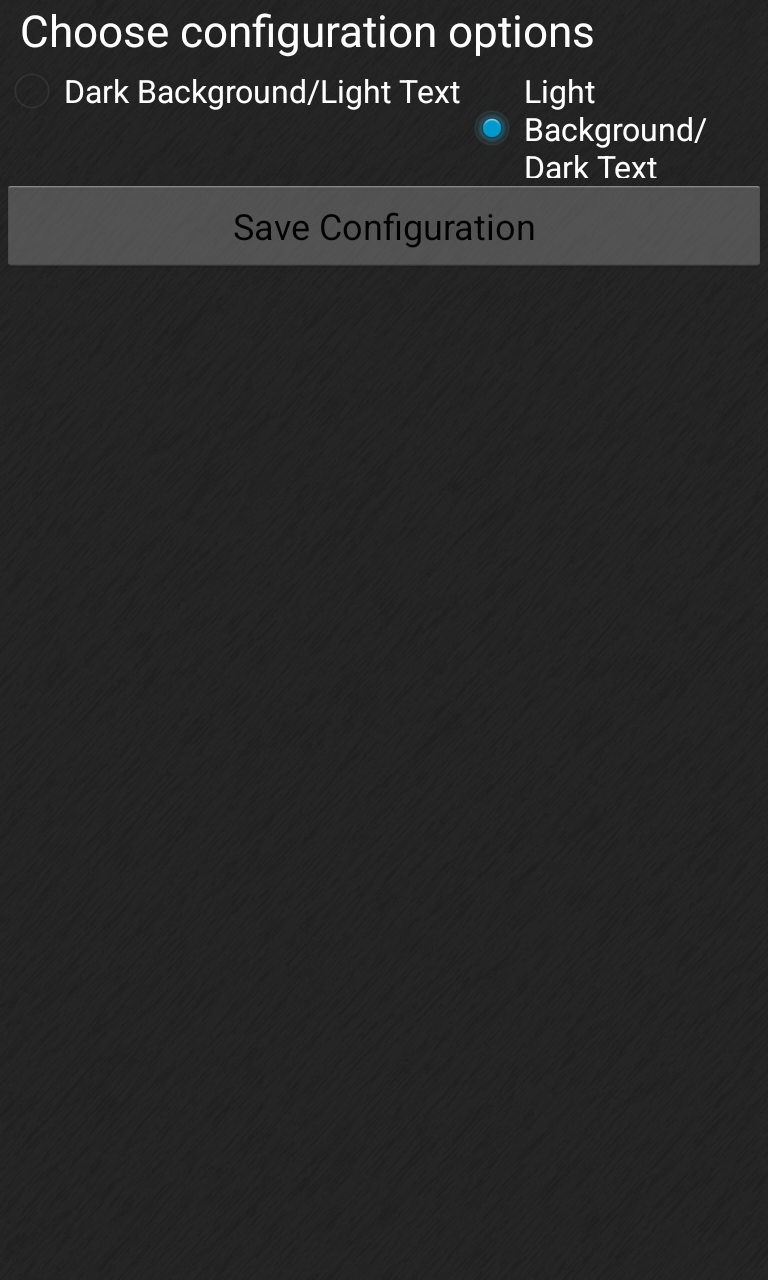
Repository: efreestone/MDF3_Freestone
Layout: MDF3Project3/res/layout/activity_config.xml
The author's editor kept a copy of each file at every save. The layout is drawn from the files as they stood at one save, then again after the next save.
It is drawn on a 768 x 1280 px phone screen (xhdpi) without system bars, with theme AppTheme; the app's code is not run.

Above is the layout before, as saved 2014-07-27 01:36:32.

After the next save:
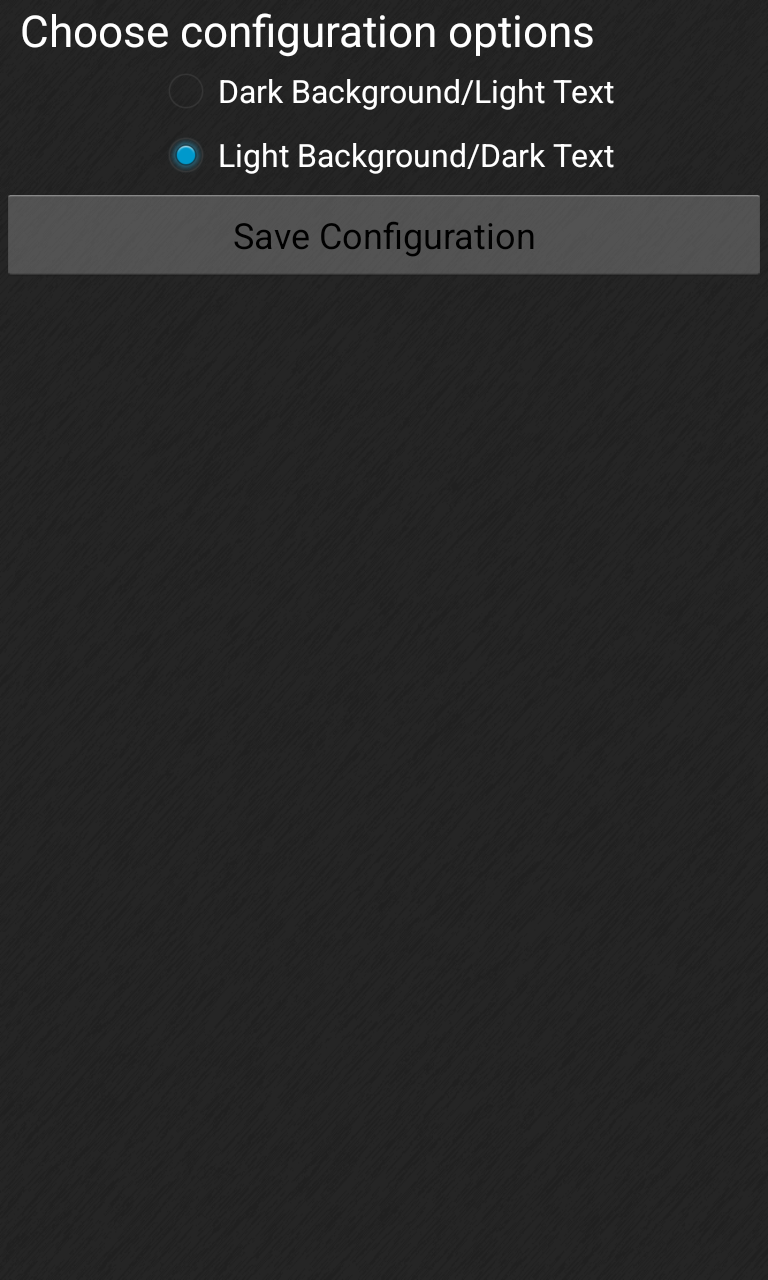
Saved 48 s later.
--- a/MDF3Project3/res/layout/activity_config.xml
+++ b/MDF3Project3/res/layout/activity_config.xml
@@ -20,7 +20,7 @@
         android:layout_width="wrap_content"
         android:layout_height="wrap_content"
         android:layout_gravity="center"
-        android:orientation="horizontal" >
+        android:orientation="vertical" >
         <RadioButton
             android:id="@+id/darkRadioButton"
             android:layout_width="match_parent"
